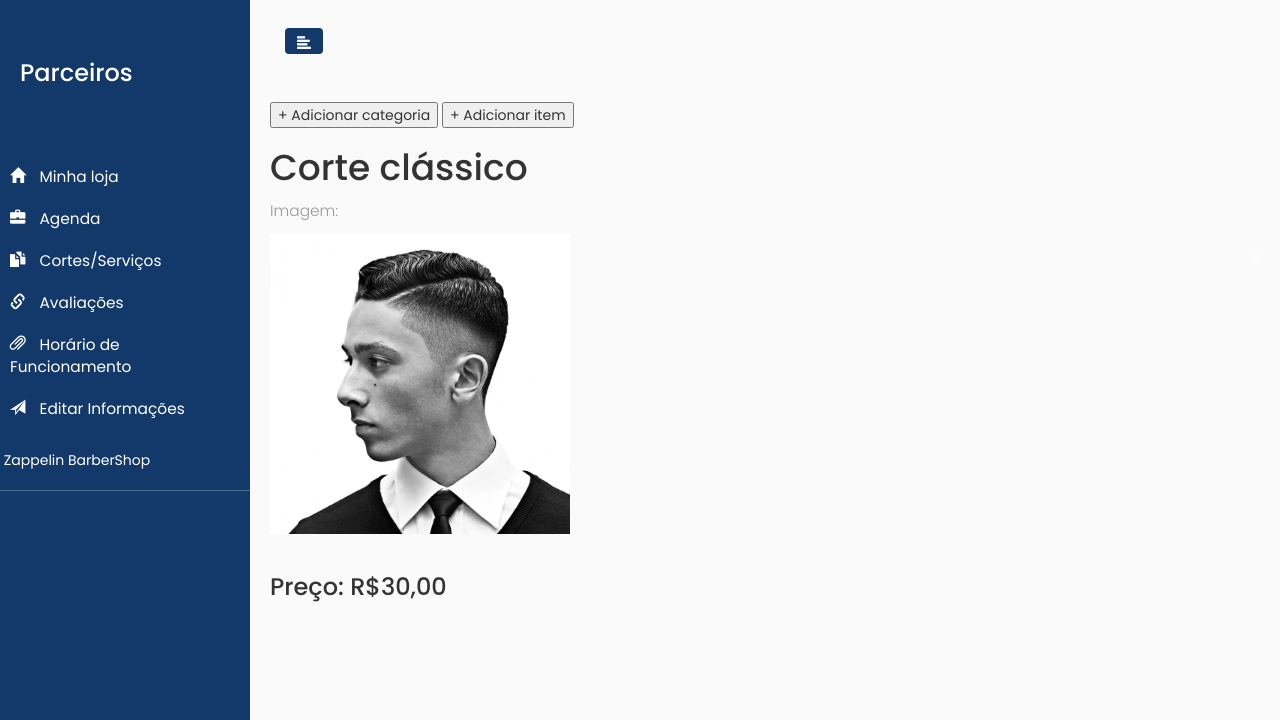
Repository: aquilesascar/barberconnect
Page: http://localhost/corteclassico.php
The author's editor kept a copy of each file at every save. The page is drawn from the files as they stood at one save, then again after a run of saves.
The browser window is 1280 px wide. The pictures show the whole page.
The page is run by PHP 8.4 with error messages shown; the project is at /var/www/html/.

Above is the page before, as saved 2023-10-09 14:27:25.

After the next 3 saves:
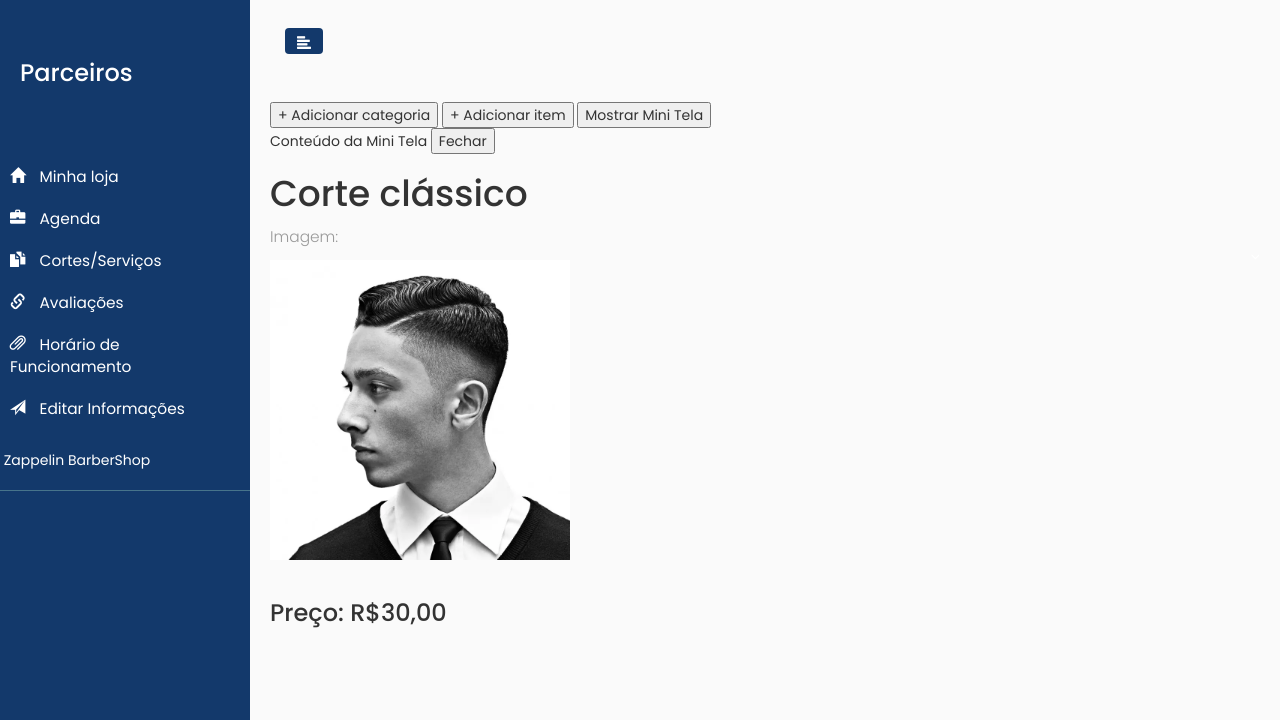
The 3 saves are shown as one change because they came seconds apart.
The last was saved 5 min 39 s later.
--- a/corteclassico.php
+++ b/corteclassico.php
@@ -39,7 +39,14 @@
                 </nav>
                 <br><br>
                 <button class="categoria">+ Adicionar categoria</button>
-            <button class="item">+ Adicionar item</button>
+                <button class="item">+ Adicionar item</button>
+                <button id="mostrarBtn">Mostrar Mini Tela</button>
+
+<div id="miniTelaLateral">
+    Conteúdo da Mini Tela
+    <button id="fecharBtn">Fechar</button>
+</div>
+
 
                 <h1>Corte clássico</h1>
                 <p>Imagem:</p>
